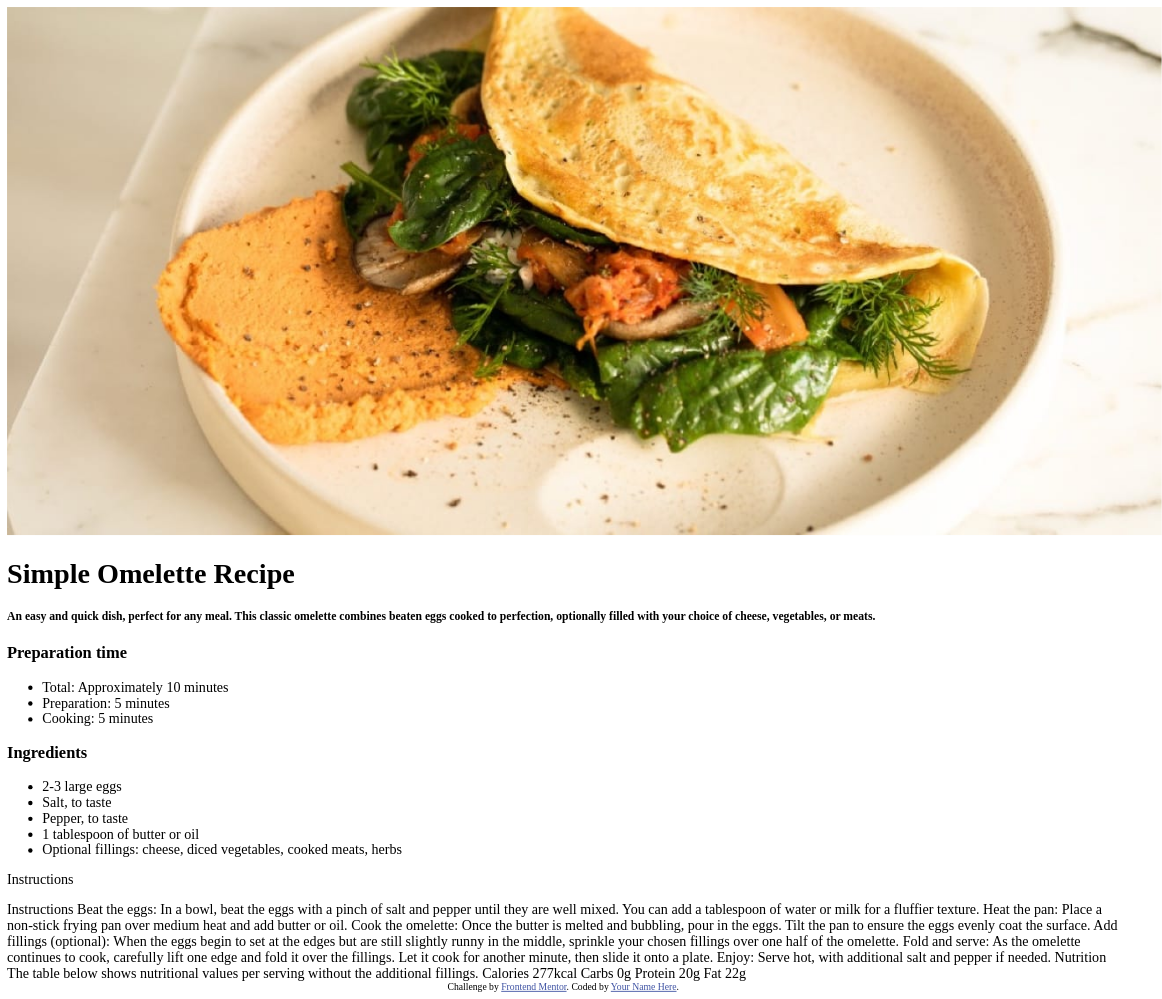
Repository: sodmaq/recipe-page-
Page: index.html
These files come from the project's save history. The page is drawn as it stood at one moment and after the next save; the edit follows.
The browser window is 1280 px wide. The page is 1320 px wide, so the pictures cover 1320 px, including what lies to the right of the window. The pictures show the whole page, at 88% of full size.

Above is the page before, as saved 2024-09-07 12:30:35.

After the next save:
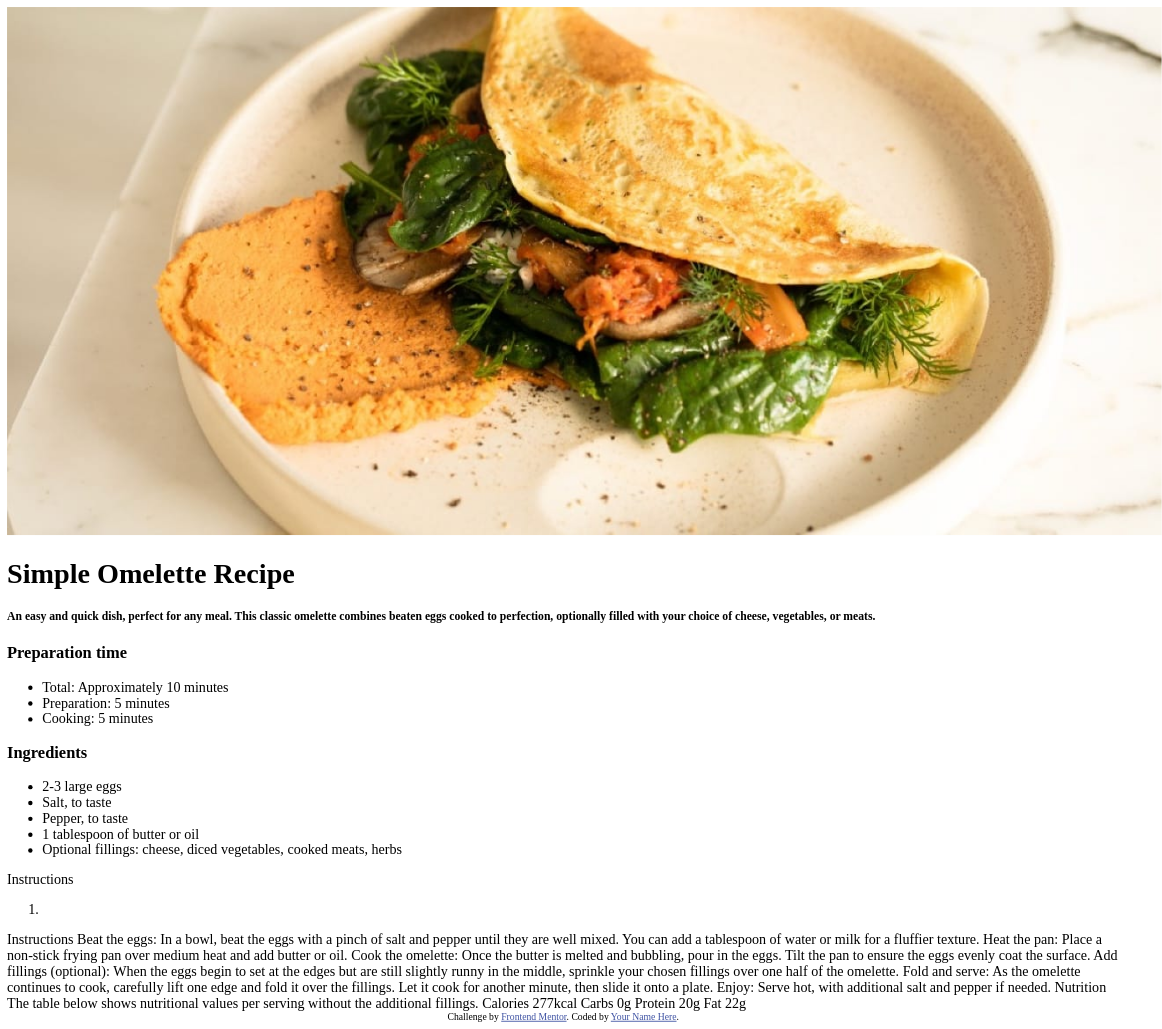
Saved 42 s later.
--- a/index.html
+++ b/index.html
@@ -50,6 +50,10 @@
     </ul>
     <p>Instructions</p>
 
+    <ol>
+      <li></li>
+    </ol>
+
     Instructions Beat the eggs: In a bowl, beat the eggs with a pinch of salt
     and pepper until they are well mixed. You can add a tablespoon of water or
     milk for a fluffier texture. Heat the pan: Place a non-stick frying pan over
